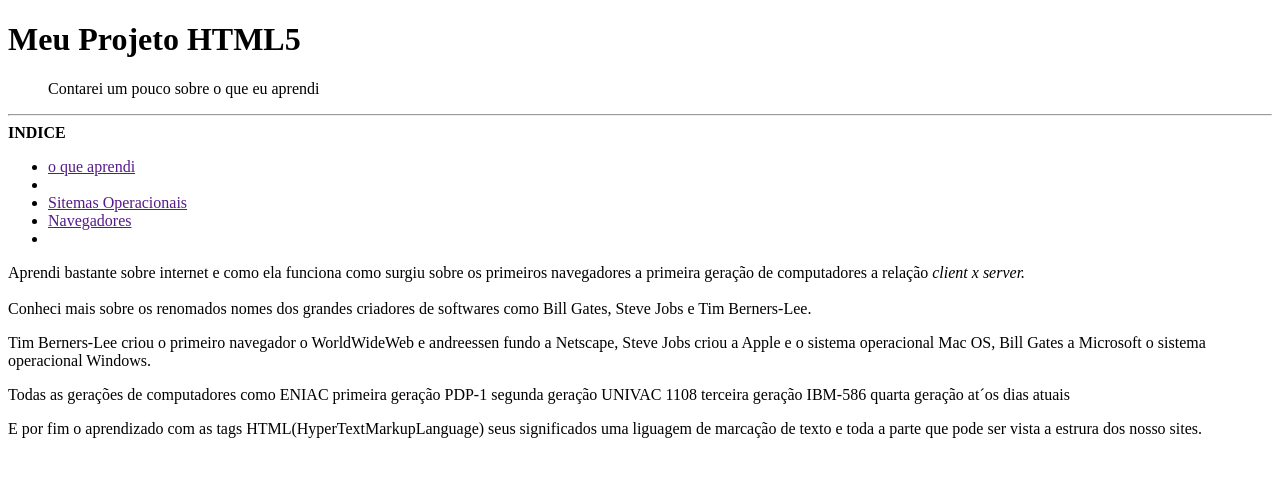
Repository: gustavotwist/meu-html
Page: index.html
The author's editor kept a copy of each file at every save. The page is drawn from the files as they stood at one save, then again after a run of saves.
The browser window is 1280 px wide. The pictures show the whole page.

Above is the page before, as saved 2024-04-24 22:30:41.

### index.html
<!DOCTYPE html>
<html lang="pt-br">
<head>
    <meta charset="UTF-8">
    <meta name="viewport" content="width=device-width, initial-scale=1.0">
    <title>Projeto HTML</title>
</head>
<body>
    <h1>Meu Projeto HTML5</h1>
    <blockquote>Contarei um pouco sobre o que eu aprendi</blockquote><hr>
    <strong>INDICE</strong>
    <ul>
        <li><a href="">o que aprendi</a></li>
        <li><a href=""><li>Sitemas Operacionais</li><li>Navegadores</li></a></li>
        <li></li>
    </ul>

    <p>Aprendi bastante sobre internet e como ela funciona como surgiu sobre os primeiros navegadores a primeira geração de computadores a relação <i>client x server.</i><br><br> Conheci mais sobre os renomados nomes dos grandes criadores de softwares como Bill Gates, Steve Jobs e Tim Berners-Lee.</p>
    <p>Tim Berners-Lee criou o primeiro navegador o WorldWideWeb e andreessen fundo a Netscape, Steve Jobs criou a Apple e o sistema operacional Mac OS, Bill Gates a Microsoft o sistema operacional Windows.</p>
    <p>Todas as gerações de computadores como ENIAC primeira geração PDP-1 segunda geração UNIVAC 1108 terceira geração IBM-586 quarta geração at´os dias atuais</p>
    <p>E por fim o aprendizado com as tags HTML(HyperTextMarkupLanguage) seus significados uma liguagem de marcação de texto e toda a parte que pode ser vista a estrura dos nosso sites.</p>


</body>
</html>

After the next 2 saves:
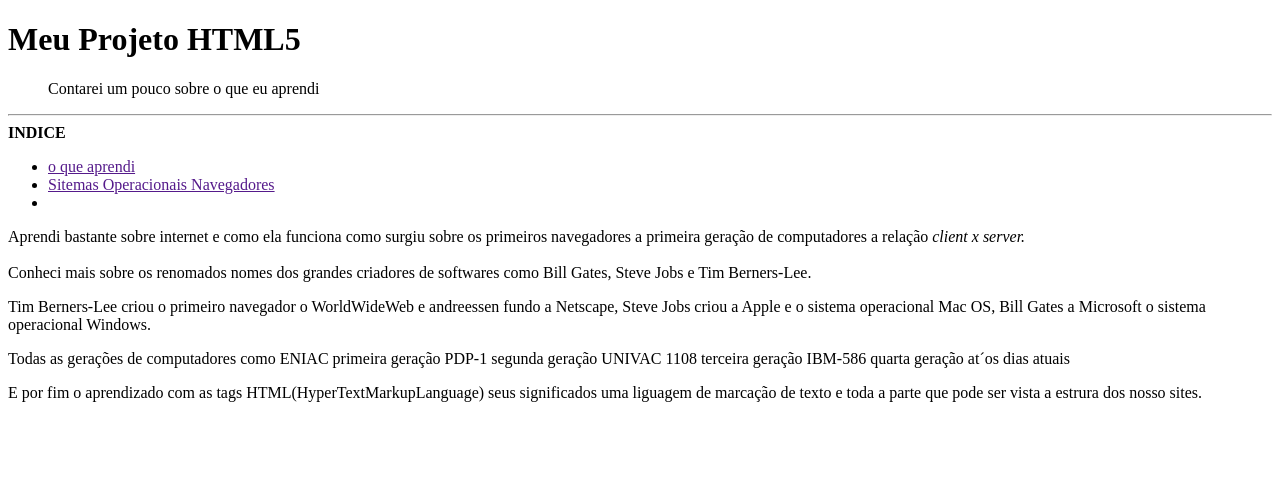
The 2 saves are shown as one change because they came seconds apart.
The last was saved 25 s later.
--- a/index.html
+++ b/index.html
@@ -11,7 +11,7 @@
     <strong>INDICE</strong>
     <ul>
         <li><a href="">o que aprendi</a></li>
-        <li><a href=""><li>Sitemas Operacionais</li><li>Navegadores</li></a></li>
+        <li><a href=""><Navegadores>Sitemas Operacionais Navegadores</li></a></li>
         <li></li>
     </ul>
 
